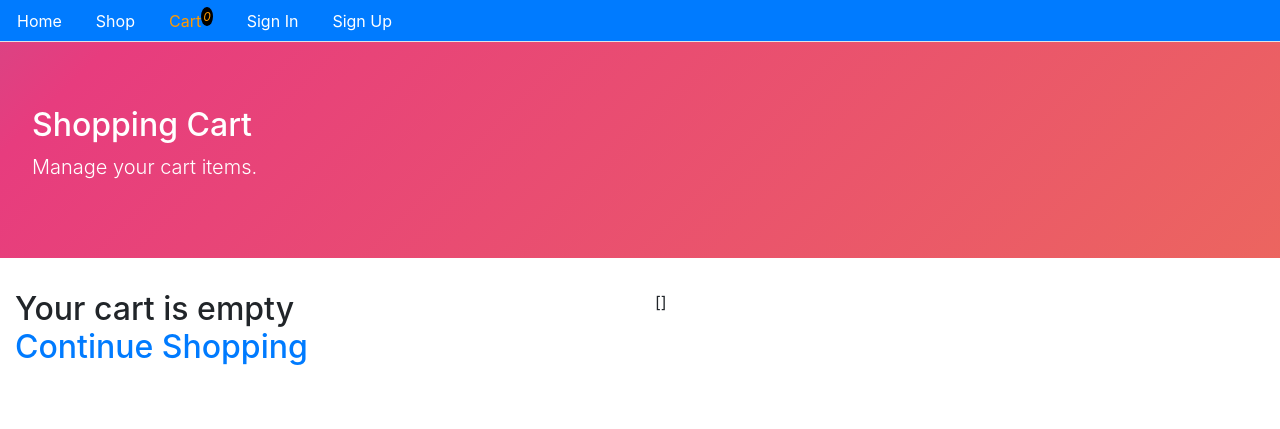
Repository: pragnyatata/Ecommerce
Page: /cart (app in ecommerce-front/)
The author's editor kept a copy of each file at every save. The page is drawn from the files as they stood at one save, then again after the next save.
The browser window is 1280 px wide. The pictures show the whole page.
The project was rebuilt for these pictures with package versions that can differ from the ones it lists, and the page was loaded fresh each time. Also part of the build but not shown: ecommerce-front/src/user/Signup.js, ecommerce-front/src/user/Signin.js, ecommerce-front/src/core/ShowImage.js, ecommerce-front/src/core/Card.js, ecommerce-front/src/core/Search.js, ecommerce-front/src/core/Home.js, ecommerce-front/src/auth/PrivateRoute.js, ecommerce-front/src/user/UserDashboard.js and 10 more.

Above is the page before, as saved 2020-01-23 01:35:22.

After the next save:
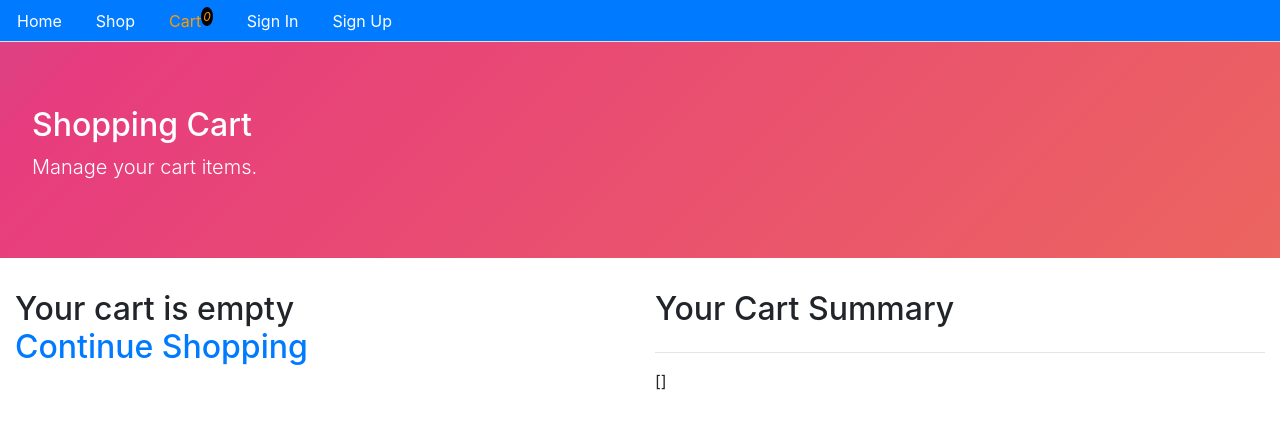
Saved 47 s later.
--- a/ecommerce-front/src/core/Cart.js
+++ b/ecommerce-front/src/core/Cart.js
@@ -51,6 +51,8 @@ const Cart = () => {
           {items.length > 0 ? showItems(items) : noItemsMessage()}
         </div>
         <div className="col-6">
+          <h2 className="mb-4">Your Cart Summary</h2>
+          <hr />
           <Checkout products={items}></Checkout>
         </div>
       </div>
